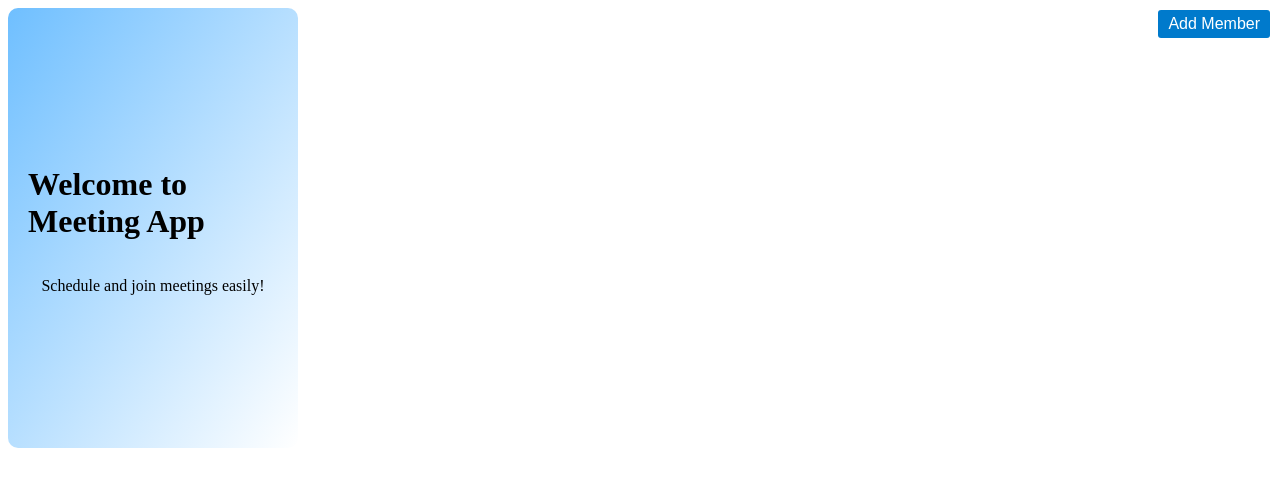
Repository: alexanderneal/meetingApp
Page: meetingApp copia/popup.html
These files come from the project's save history. The page is drawn as it stood at one moment and after the next save; the edit follows.
The browser window is 1280 px wide. The pictures show the whole page.
Some web fonts or font styles are not loaded; a fallback is used.

Above is the page before, as saved 2023-04-21 11:08:21.

### meetingApp copia/popup.html
<!DOCTYPE html>
<html>
  <head>
    <title>Meeting App</title>
    <meta charset="UTF-8">
    <link rel="stylesheet" href="popup.css">
    <link rel="stylesheet" href="https://appleid.cdn-apple.com/fonts/SF-Pro/SF-Pro-Display-Regular.otf">
  </head>
  <body>
    <div class="popup-container">
      <h1>Welcome to Meeting App</h1>
      <p>Schedule and join meetings easily!</p>
    </div>
    <button id="add-member-btn">Add Member</button>
    <div id="members-list"></div>
    <script src="popup.js"></script>
  </body>
</html>

### meetingApp copia/popup.css
.popup-container {
    width: 250px;
    height: 400px;
    padding: 20px;
    display: flex;
    flex-direction: column;
    justify-content: center;
    align-items: center;
    background: linear-gradient(to bottom right, #6fbfff, #ffffff);
    border-radius: 10px;
  }

  #add-member-btn {
    position: absolute;
    top: 10px;
    right: 10px;
    padding: 5px 10px;
    background-color: #007acc;
    color: white;
    border: none;
    border-radius: 3px;
    font-size: 16px;
    cursor: pointer;
  }

  #title {
    font-family: 'SF Pro', sans-serif;
    font-size: 24px;
    font-weight: bold;
    text-align: center;
    margin-top: 20px;
    margin-bottom: 30px;
  }

  #members-list {
    width: 100%;
    height: 100%;
    overflow-y: auto;
  }

  .member {
    display: flex;
    align-items: center;
    padding: 10px;
    border-bottom: 1px solid #c0c0c0;
  }

  .member-icon {
    width: 20px;
    height: 20px;
    background-color: #007acc;
    border-radius: 50%;
    margin-right: 10px;
  }

  .member-name {
    flex: 1;
    font-family: 'SF Pro', sans-serif;
    font-size: 16px;
    font-weight: bold;
  }

  .member-cost {
    font-family: 'SF Pro', sans-serif;
    font-size: 14px;
    color: #555;
  }

### meetingApp copia/popup.js
// Code for the popup window
// In popup.js

const membersList = document.getElementById("members-list");
const addMemberBtn = document.getElementById("add-member-btn");

let members = [];

addMemberBtn.addEventListener("click", () => {
  const name = prompt("Enter member name:");
  const salary = parseInt(prompt("Enter member salary:"));
  const costPerHour = salary / 52 / 40;

  const member = {
    name: name,
    salary: salary,
    costPerHour: costPerHour,
  };

  members.push(member);
  renderMembersList();
});

function renderMembersList() {
  membersList.innerHTML = "";

  members.forEach((member) => {
    const memberEl = document.createElement("div");
    memberEl.classList.add("member");
    memberEl.innerHTML = `
      <div class="member-icon"></div>
      <div class="member-name">${member.name}</div>
      <div class="member-cost">$${member.costPerHour.toFixed(2)} / hr</div>
    `;
    membersList.appendChild(memberEl);
  });
}

After the next save:
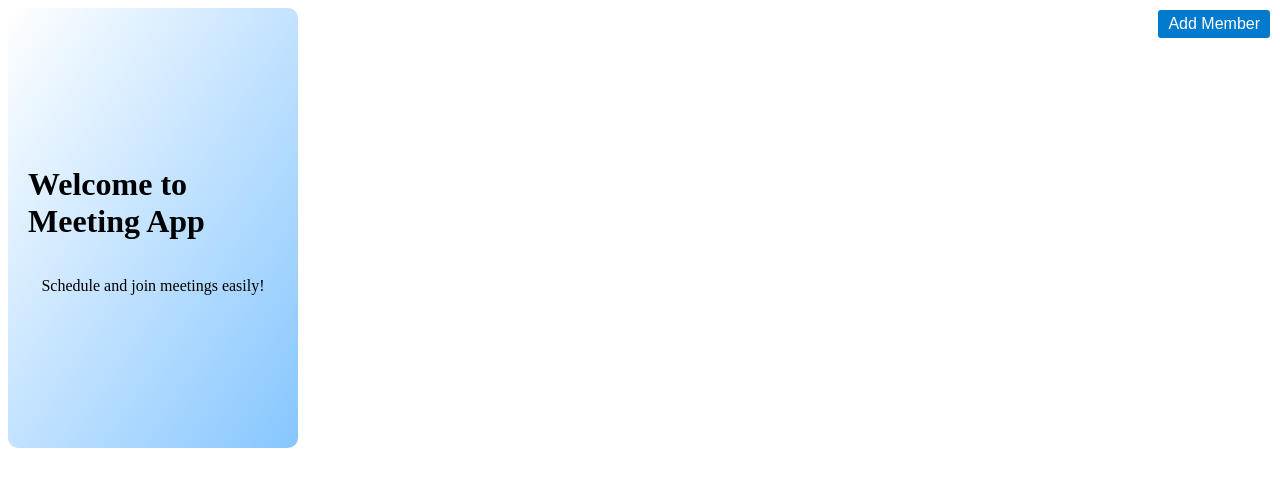
Saved 74 s later.
--- a/meetingApp copia/popup.css
+++ b/meetingApp copia/popup.css
@@ -6,7 +6,8 @@
     flex-direction: column;
     justify-content: center;
     align-items: center;
-    background: linear-gradient(to bottom right, #6fbfff, #ffffff);
+
+    background: linear-gradient(to bottom right, white, #86c6ff);
     border-radius: 10px;
   }
 
